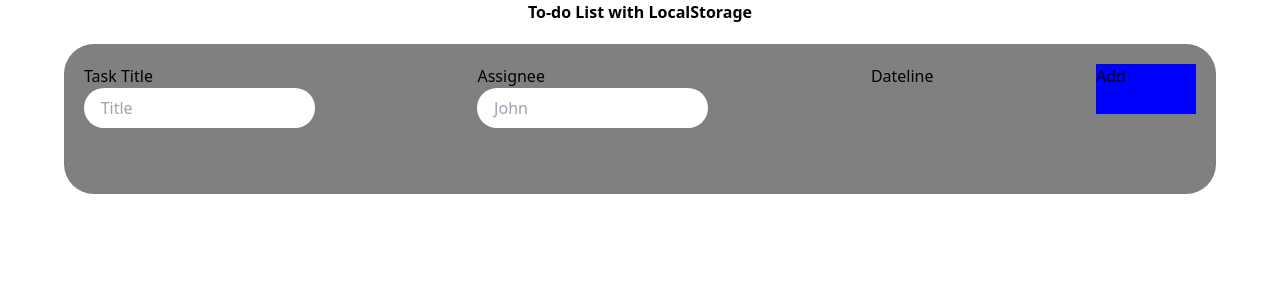
Repository: Sarah7223/internet-programming-tp
Page: TP3/TP03.1.html
These files come from the project's save history. The page is drawn as it stood at one moment and after the next save; the edit follows.
The browser window is 1280 px wide. The pictures show the whole page.
Some web libraries are served in a nearby version.

Above is the page before, as saved 2023-01-13 14:09:33.

After the next save:
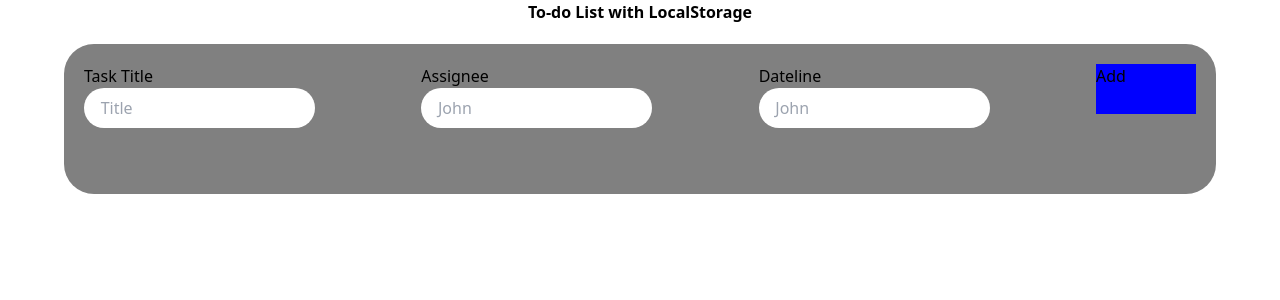
Saved 2 min 47 s later.
--- a/TP3/TP03.1.html
+++ b/TP3/TP03.1.html
@@ -36,11 +36,19 @@
              border-radius:20px;
              height: 40px;
         }
-        .bout1{
+        .but1{
             display:flex;
             background-color: blue;
             height: 50px;
             width: 100px;
+        }
+        .line{
+            width: 90%;
+            height: 50px;
+            display:flex;
+            flex-direction: row;
+            justify-content: space-between;
+            padding:20px;
         }
 
 
@@ -65,10 +73,14 @@
             </div>
             <div class="task">
                 Dateline
+                <input type="text" placeholder="    John"/>
             </div>
             <div class="task">
-                <button class="bout1" type="button">Add</button>
+                <button class="but1" type="button">Add</button>
             </div>
+
+        </div>
+        <div class="line">
 
         </div>
 
